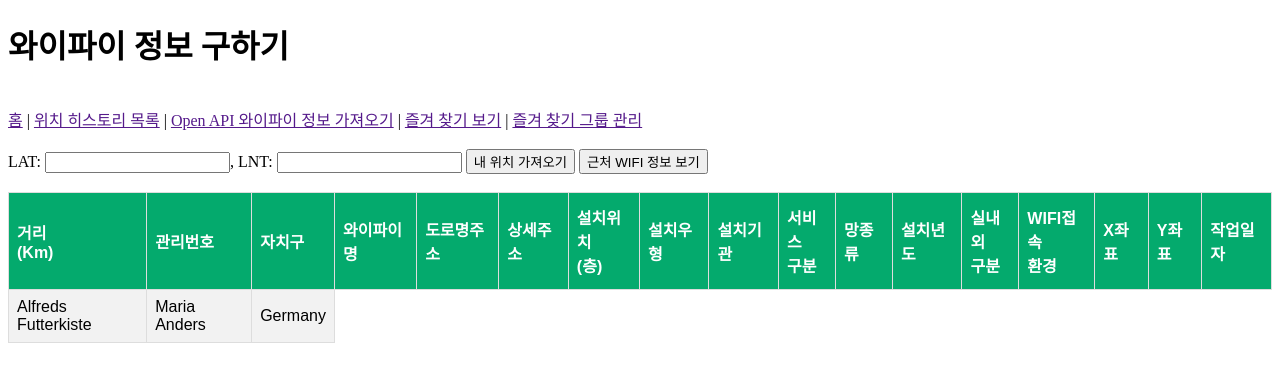
Repository: WooHyun94/Mission1_WIFI
Page: http://localhost/Mission1-WIFI/
The author's editor kept a copy of each file at every save. The page is drawn from the files as they stood at one save, then again after the next save.
The browser window is 1280 px wide. The pictures show the whole page.
The page is served by Tomcat 9.

Above is the page before, as saved 2023-09-26 16:11:50.

After the next save:
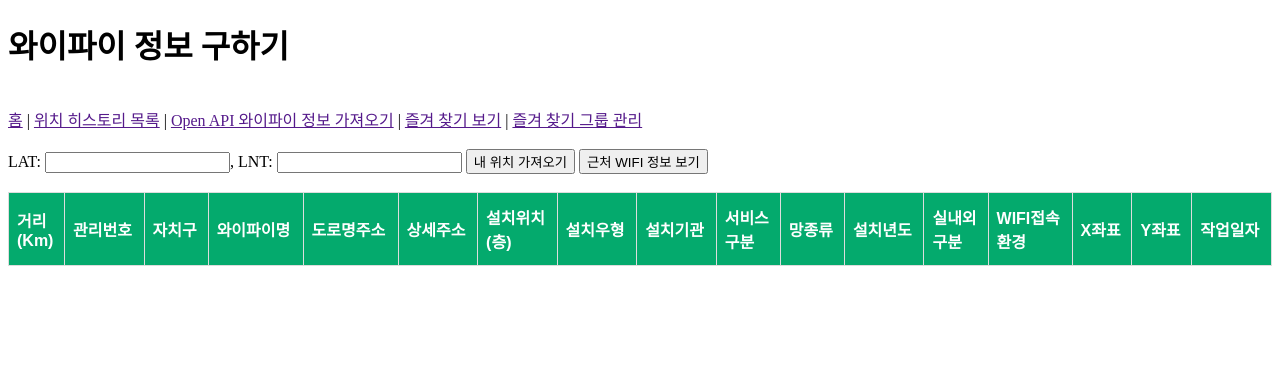
Saved 87 s later.
--- a/Mission1-WIFI/src/main/webapp/index.jsp
+++ b/Mission1-WIFI/src/main/webapp/index.jsp
@@ -68,11 +68,7 @@
 	    <th>Y좌표</th>
 	    <th>작업일자</th>
 	  </tr>
-	  <tr>
-	    <td>Alfreds Futterkiste</td>
-	    <td>Maria Anders</td>
-	    <td>Germany</td>
-	  </tr>
+
 	</table>
 </body>
 </html>
